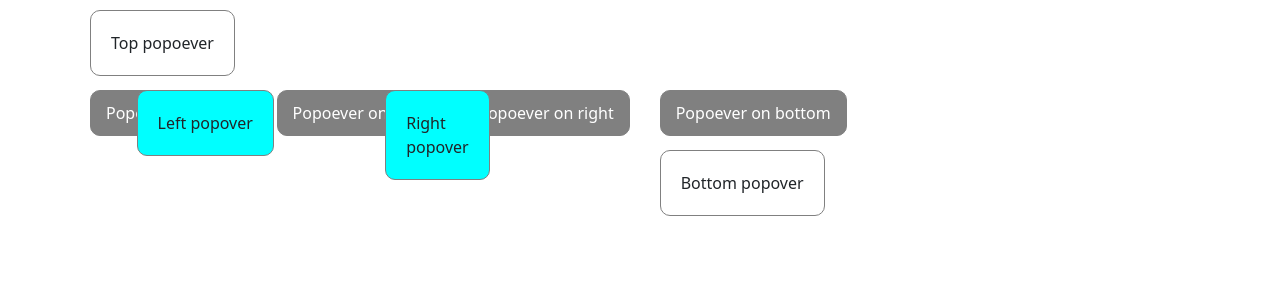
Repository: 1509Long/1509long.github.io
Page: exam.html
The author's editor kept a copy of each file at every save. The page is drawn from the files as they stood at one save, then again after the next save.
The browser window is 1280 px wide. The pictures show the whole page.

Above is the page before, as saved 2022-05-24 20:59:19.

### exam.html
<!DOCTYPE html>
<html lang="en">
  <head>
    <title>Title</title>
    <!-- Required meta tags -->
    <meta charset="utf-8" />
    <meta
      name="viewport"
      content="width=device-width, initial-scale=1, shrink-to-fit=no"
    />

    <!-- Bootstrap CSS v5.0.2 -->
    <link
      rel="stylesheet"
      href="https://cdn.jsdelivr.net/npm/bootstrap@5.0.2/dist/css/bootstrap.min.css"
      integrity="sha384-EVSTQN3/azprG1Anm3QDgpJLIm9Nao0Yz1ztcQTwFspd3yD65VohhpuuCOmLASjC"
      crossorigin="anonymous"
    />
    <style>

      body {
        margin: 90px;
      }
      /* .toggle-top , .toggle-bottom , .toggle-left , .toggle-right {
        visibility: hidden;
      } */

      #button {
        color: #fff;
        background-color: grey;
        padding: 10px 15px;
        border: 1px solid grey;
        border-radius: 10px;
        margin-right: 30px
      }

      .box {
        padding: 20px;
        border: 1px solid grey;
        border-radius: 10px;
      }

      .toggle-top {
        position: absolute;
        top: -80px;
        left: 0;
        z-index: 1000;
      }

      .toggle-bottom {
        position: absolute;
        top: 60px;
        left: 0;
        z-index: 1000;
      }

      .toggle-left {
        position: absolute;
        top: 0;
        left: -140px;
        z-index: 1000;
        background-color: aqua;
      }

      .toggle-right {
        position: absolute;
        top: 0;
        right: 170px;
        z-index: 1000;
        background-color: aqua;
      }

      .box1 , .box2 , .box3 , .box4 {
        position: relative;
      }


    </style>
  </head>
  <body>
      <div class="d-flex justify-content-start">
        <div class="box1">
          <button id="button" onclick="boxA()">Popoever on top</button>
          <div class="toggle-top box" id="top">Top popoever</div>
        </div>

        <div class="box3">
          <button id="button" onclick="boxC()">Popoever on left</button>
          <div class="toggle-left box" id="left">Left popover</div>
        </div>
        <div class="box4">
          <button id="button" onclick="boxD()">Popoever on right</button>
          <div class="toggle-right box" id="right">Right popover</div>
        </div>

        <div class="box2">
          <button id="button" onclick="boxB()">Popoever on bottom</button>
          <div class="toggle-bottom box" id="bottom">Bottom popover</div>
        </div>
      </div>



    <!-- Bootstrap JavaScript Libraries -->
    <script src="https://unpkg.com/@popperjs/core@2"></script>
    <script
      src="https://cdn.jsdelivr.net/npm/@popperjs/core@2.9.2/dist/umd/popper.min.js"
      integrity="sha384-IQsoLXl5PILFhosVNubq5LC7Qb9DXgDA9i+tQ8Zj3iwWAwPtgFTxbJ8NT4GN1R8p"
      crossorigin="anonymous"
    ></script>
    <script
      src="https://cdn.jsdelivr.net/npm/bootstrap@5.0.2/dist/js/bootstrap.min.js"
      integrity="sha384-cVKIPhGWiC2Al4u+LWgxfKTRIcfu0JTxR+EQDz/bgldoEyl4H0zUF0QKbrJ0EcQF"
      crossorigin="anonymous"
    ></script>

    <!-- <script>
      function boxA () {
        let click = document.getElementById("top");
        console.log(click);
        click.classList.toggle("toggle-top");
      }

      function boxB () {
        let click = document.getElementById("bottom");
        console.log(click);
        click.classList.toggle("toggle-bottom");
      }

      function boxC () {
        let click = document.getElementById("left");
        console.log(click);
        click.classList.toggle("toggle-left");
      }

      function boxD () {
        let click = document.getElementById("right");
        console.log(click);
        click.classList.toggle("toggle-right");
      }
    </script> -->
  </body>
</html>

After the next save:
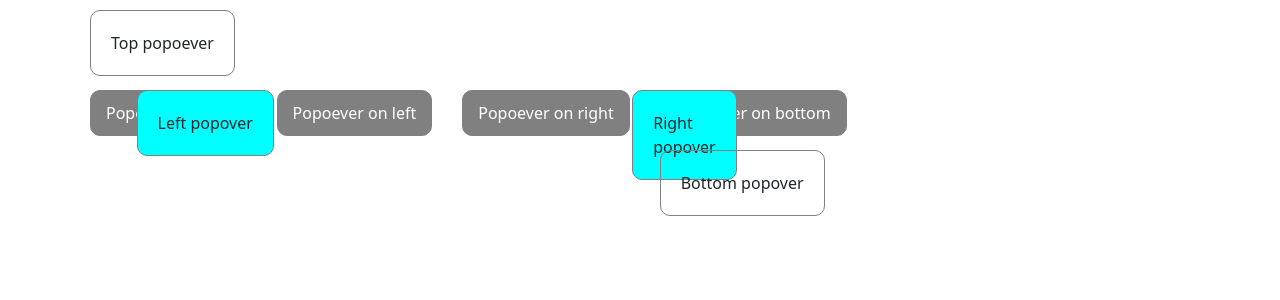
Saved 52 s later.
--- a/exam.html
+++ b/exam.html
@@ -65,7 +65,7 @@
       .toggle-right {
         position: absolute;
         top: 0;
-        right: 170px;
+        left: 170px;
         z-index: 1000;
         background-color: aqua;
       }
